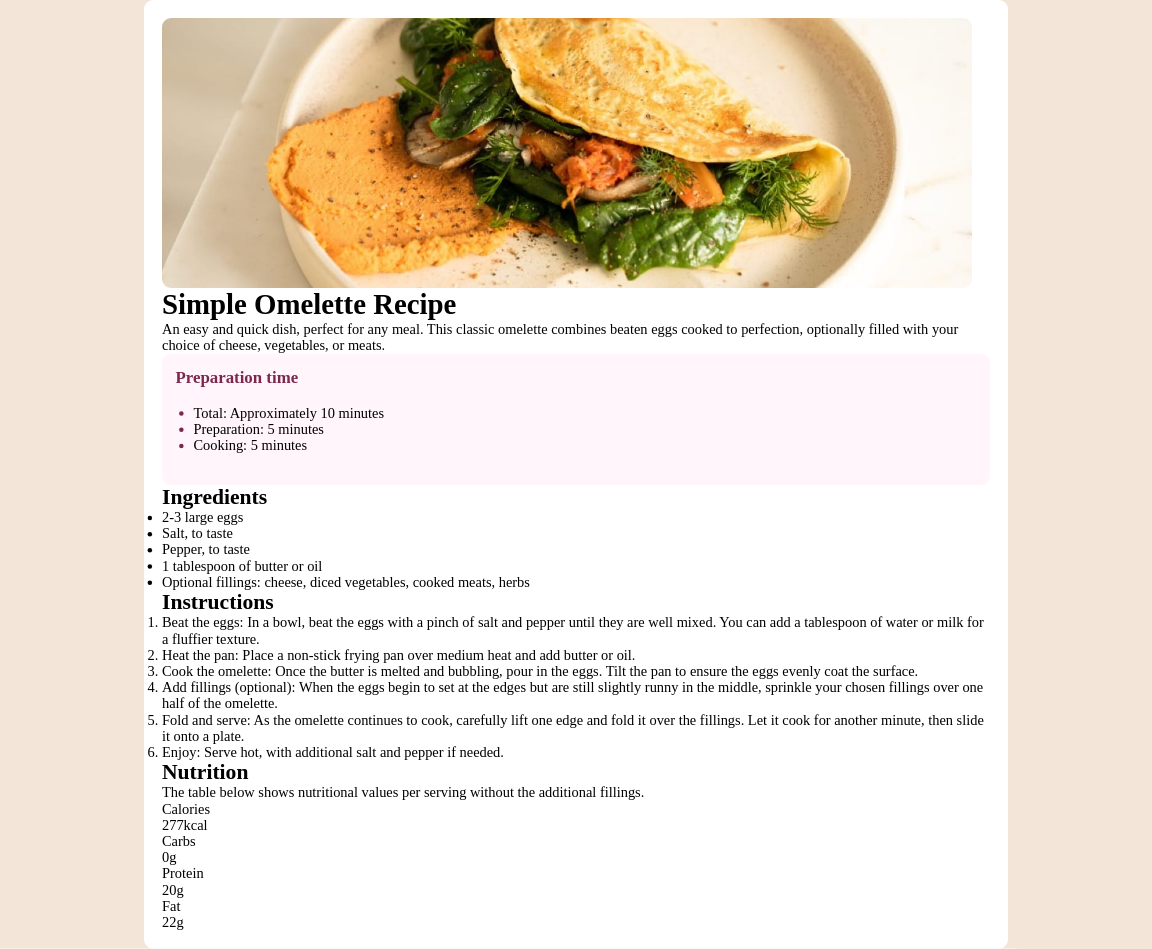
Repository: reemoon-ctrl/mine-recipe-page-main
Page: index1.html
An editor plug-in stored every save of this project. The page is shown before and after the next save, followed by the edit.
The browser window is 1280 px wide. The pictures show the whole page, at 90% of full size.

Above is the page before, as saved 2024-08-11 14:47:27.

### index1.html
<!DOCTYPE html>
<html lang="en">
<head>
    <meta charset="UTF-8">

    <style>
        @import url('https://fonts.googleapis.com/css2?family=Open+Sans:ital,wght@0,300..800;1,300..800&family=Outfit:wght@100..900&family=Poppins:ital,wght@0,100;0,200;0,300;0,400;0,500;0,600;0,700;0,800;0,900;1,100;1,200;1,300;1,400;1,500;1,600;1,700;1,800;1,900&family=Young+Serif&display=swap');
        @import url('https://fonts.googleapis.com/css2?family=Open+Sans:ital,wght@0,300..800;1,300..800&family=Poppins:ital,wght@0,100;0,200;0,300;0,400;0,500;0,600;0,700;0,800;0,900;1,100;1,200;1,300;1,400;1,500;1,600;1,700;1,800;1,900&family=Young+Serif&display=swap');
    </style>
        <meta name="viewport" content="width=device-width, initial-scale=1.0">
    <link rel="stylesheet" href="/style.css">
    <title>ommelette</title>
</head>
<body>
    <div class="page-center">
        <div class="container">
            <header>
            <div class="rec-img"></div>
            <h1>Simple Omelette Recipe</h1>

            <p>An easy and quick dish, perfect for any meal.
            This classic omelette combines beaten eggs cooked
            to perfection, optionally filled with your choice
            of cheese,
            vegetables, or meats.</p>
            </header>

            <div class="prep-time">
                <h3>Preparation time</h3>


                <ul>
                <li>Total: Approximately 10 minutes</li>
                <li>Preparation: 5 minutes</li>
                <li>Cooking: 5 minutes</li>
                </ul>
            </div>

            <h2>Ingredients</h2>
            <ul>
            <li>2-3 large eggs</li>
            <li>Salt, to taste</li>
            <li>Pepper, to taste</li>
            <li>1 tablespoon of butter or oil</li>
            <li>Optional fillings: cheese, diced vegetables, cooked meats, herbs</li>
            </ul>






            <h2>Instructions</h2>
            <ol>
            <li>Beat the eggs: In a bowl, beat the eggs with a pinch of salt and pepper until they are well mixed.
                You can add a tablespoon of water or milk for a fluffier texture.</li>
            <li>Heat the pan: Place a non-stick frying pan over medium heat and add butter or oil.</li>
            <li>Cook the omelette: Once the butter is melted and bubbling, pour in the eggs. Tilt the pan to ensure
                the eggs evenly coat the surface.</li>
            <li>Add fillings (optional): When the eggs begin to set at the edges but are still slightly runny in the
                middle, sprinkle your chosen fillings over one half of the omelette.</li>
            <li>Fold and serve: As the omelette continues to cook, carefully lift one edge and fold it over the
                fillings. Let it cook for another minute, then slide it onto a plate.</li>
            <li>Enjoy: Serve hot, with additional salt and pepper if needed.</li>
            </ol>

            <h2>Nutrition</h2>

            <p>The table below shows nutritional values per serving without the additional fillings.</p>

            <div>Calories</div>
            <div>277kcal</div>

            <div>Carbs</div>
            <div>0g</div>

            <div>Protein</div>
            <div>20g</div>

            <div>Fat</div>
            <div>22g</div>
         </div>
    </div>
</body>
</html>

### style.css
*{
    padding: 0;
    margin: 0;
    box-sizing: border-box;
}
body{
    background: hsl(30, 54%, 90%);

}
.rec-img{

    max-width: 900px;
    border-radius:10px ;
    height: 300px;
    background: url('/image-omelette.jpeg')no-repeat center center/cover;
}
.container{
    background: #fff;
    border-radius: 10px;
    /* margin: auto; */
    max-width:960px;
    padding: 20px;

}
.page-center{
    height: 100vh;
    display: grid;
    grid-template-columns: 960px;
    align-items: center;
    justify-content:space-around;
}
.prep-time{
    background: hsl(330, 100%, 98%);
    padding: 15px;
    border-radius: 10px;
}
.prep-time ul{
    padding: 20px;
}
.prep-time ul li::marker {
    color: hsl(332, 51%, 32%);
  }

  .prep-time h3{
    color: hsl(332, 51%, 32%);

}

After the next save:
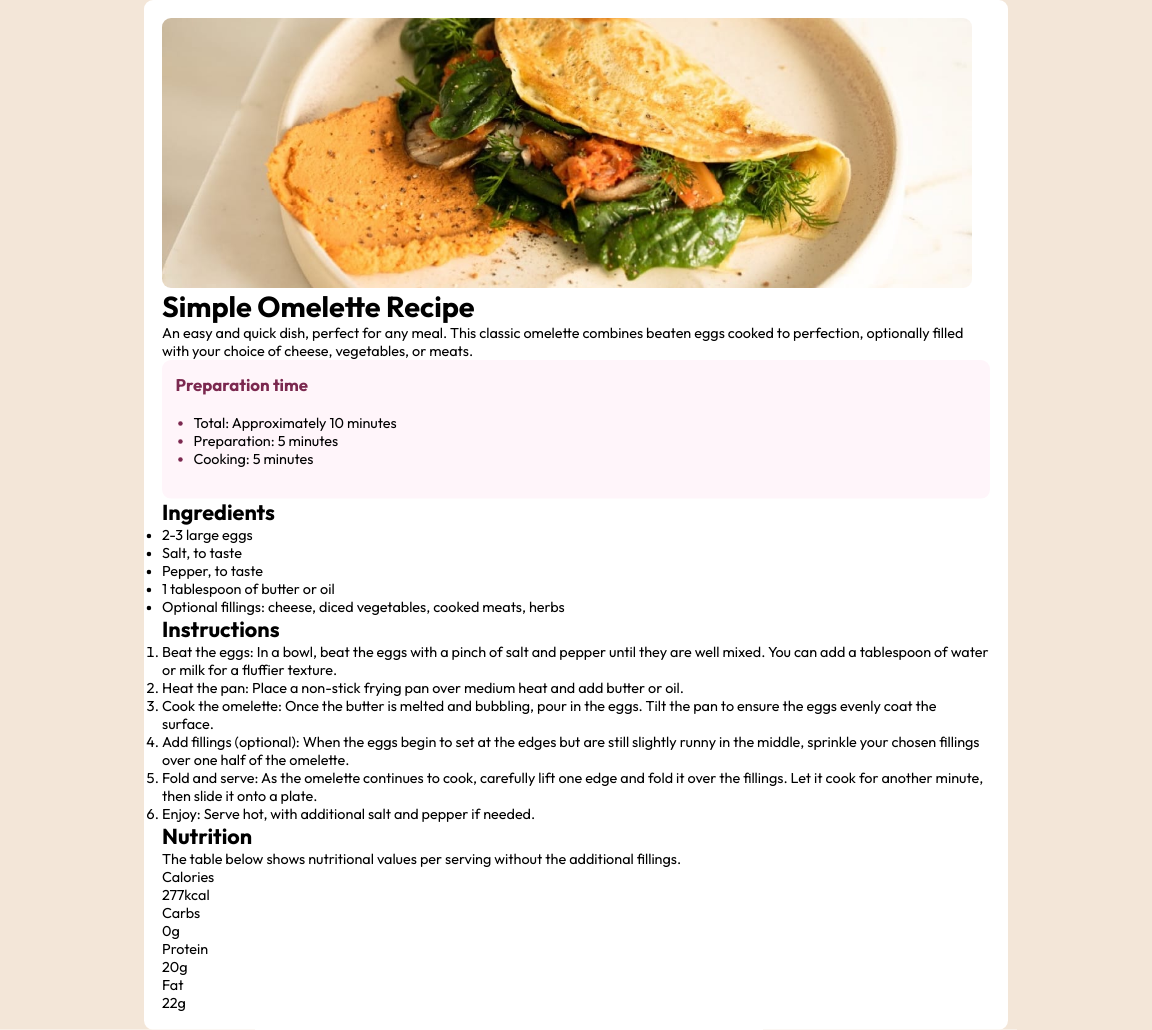
Saved 4 s later.
--- a/style.css
+++ b/style.css
@@ -5,6 +5,10 @@
 }
 body{
     background: hsl(30, 54%, 90%);
+    font-family: "Outfit", sans-serif;
+    font-optical-sizing: auto;
+    font-weight: 400;
+    font-style: normal;
 
 }
 .rec-img{
